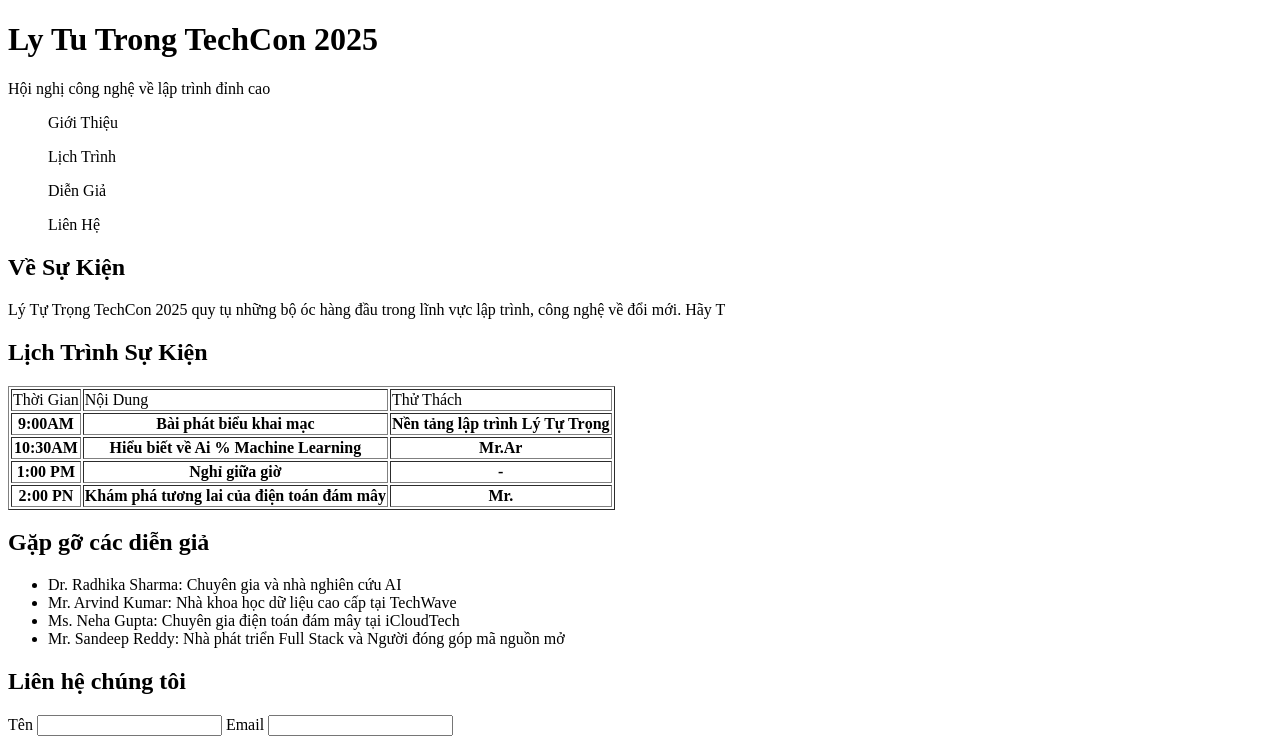
Repository: NhatMinh121/BaiTapVeNha1
Page: index.html
The author's editor kept a copy of each file at every save. The page is drawn from the files as they stood at one save, then again after the next save.
The browser window is 1280 px wide. The pictures show the whole page.

Above is the page before, as saved 2025-03-28 22:29:23.

### index.html
<!DOCTYPE html>
<html lang="en">

<head>
    <meta charset="UTF-8">
    <meta name="viewport" content="width=device-width, initial-scale=1.0">
    <title>Document</title>
    <link rel="stylesheet" href="style.css">
</head>

<body>
    <header>
        <h1>Ly Tu Trong TechCon 2025</h1>
        <p>Hội nghị công nghệ về lập trình đỉnh cao</p>
        <div class="menu">
            <div>
                <ul>Giới Thiệu</ul>
                <ul>Lịch Trình</ul>
                <ul>Diễn Giả</ul>
                <ul>Liên Hệ</ul>
            </div>
        </div>
    </header>
    <main>
        <div class="main-event">
            <h2>Về Sự Kiện</h2>
            <p>Lý Tự Trọng TechCon 2025 quy tụ những bộ óc hàng đầu trong lĩnh vực lập trình, công nghệ về đổi mới. Hãy T</p>
        </div>
        <div class="main-schedule">
            <h2>Lịch Trình Sự Kiện</h2>
            <table border="1">
                <tr>
                    <td>Thời Gian</td>
                    <td>Nội Dung</td>
                    <td>Thử Thách</td>
                </tr>
                <tr>
                    <th>9:00AM</th>
                    <th>Bài phát biểu khai mạc</th>
                    <th>Nền tảng lập trình Lý Tự Trọng</th>
                </tr>
                <tr>
                    <th>10:30AM</th>
                    <th>Hiểu biết về Ai % Machine Learning</th>
                    <th>Mr.Ar</th>
                </tr>
                <tr>
                    <th>1:00 PM</th>
                    <th>Nghỉ giữa giờ</th>
                    <th>-</th>
                </tr>
                <tr>
                    <th>2:00 PN</th>
                    <th>Khám phá tương lai của điện toán đám mây</th>
                    <th>Mr.</th>
                </tr>
            </table>
        </div>
        <div class="Meeting">
            <h2>Gặp gỡ các diễn giả</h2>
            <ul>
                <li><span class="name">Dr. Radhika Sharma:</span> Chuyên gia và nhà nghiên cứu AI</li>
                <li><span class="name">Mr. Arvind Kumar:</span> Nhà khoa học dữ liệu cao cấp tại TechWave</li>
                <li><span class="name">Ms. Neha Gupta:</span> Chuyên gia điện toán đám mây tại iCloudTech</li>
                <li><span class="name">Mr. Sandeep Reddy:</span> Nhà phát triển Full Stack và Người đóng góp mã nguồn mở</li>
            </ul>
        </div>
    </main>

    <footer>
        <div class="footer-contract">
            <h2>Liên hệ chúng tôi</h2>
            <form action="#" method="post">
                <label for="name">Tên</label>
                <input type="text" id="name" name="name" required>
                <label for="email">Email</label>
                <input type="email" id="email" name="email" required>
            </form>
        </div>

    </footer>

</body>

Loaded but not shown: style.css (no stored copy; drawn as an empty file)

After the next save:
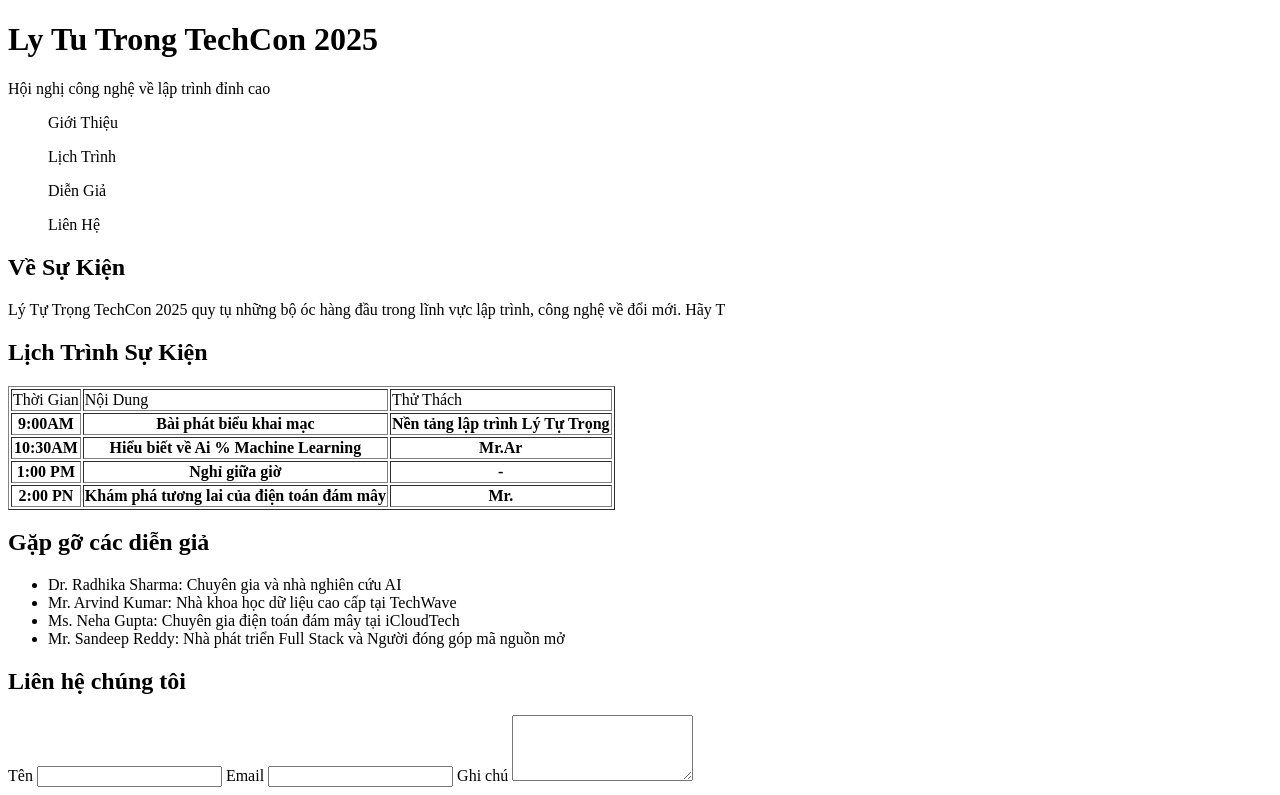
Saved 20 s later.
--- a/index.html
+++ b/index.html
@@ -75,6 +75,8 @@
                 <input type="text" id="name" name="name" required>
                 <label for="email">Email</label>
                 <input type="email" id="email" name="email" required>
+                <label for="message">Ghi chú</label>
+                <textarea id="message" name="message" rows="4" required></textarea>
             </form>
         </div>
 
